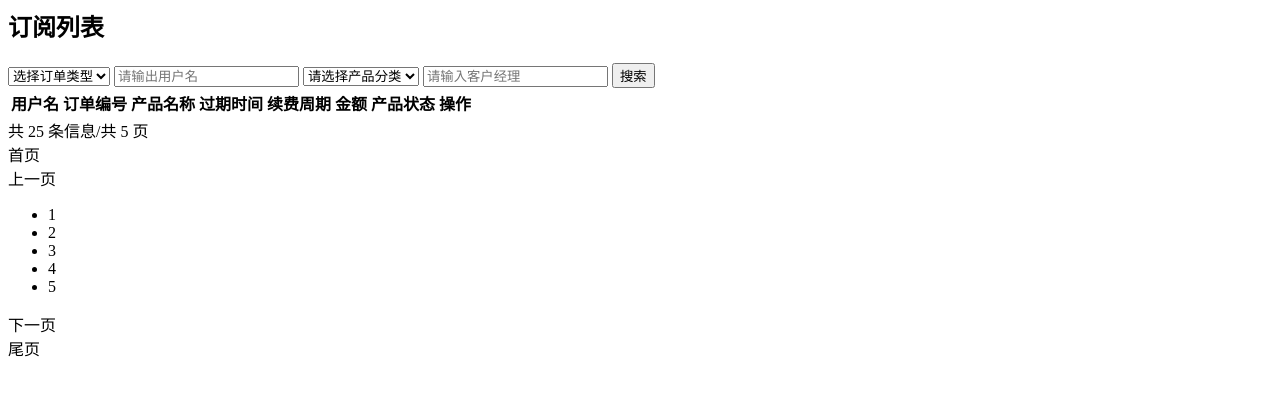
Repository: wangyan466393/racentSystem
Page: subscriptionManagement.html
The author's editor kept a copy of each file at every save. The page is drawn from the files as they stood at one save, then again after a run of saves.
The browser window is 1280 px wide. The pictures show the whole page.

Above is the page before, as saved 2020-08-13 17:09:55.

### subscriptionManagement.html
<div id="content_box">
    <h2>订阅列表</h2>
<div id="content">
    <div id="order_all"  class="order_content">
        <div class="order_search">
            <span>
                <select name="" id="">
                    <option value="">选择订单类型</option>
                </select>
            </span>
            <span>
                <input type="text" placeholder="请输出用户名">
            </span>
            <span>
                <select name="" id="">
                    <option value="">请选择产品分类</option>
                </select>
            </span>
            <span>
                <input type="text" placeholder="请输入客户经理">
            </span>
            <span>
                <button type="button">搜索</button>
            </span>
        </div>
        <div class="table_box">
            <table id="subscription_dataLists" >
                <thead>
                    <tr>
                        <th>用户名</th>
                        <th>订单编号</th>
                        <th>产品名称</th>
                        <th>过期时间</th>
                        <th>续费周期</th>
                        <th>金额</th>
                        <th>产品状态</th>
                        <th>操作</th>
                    </tr>
                </thead>
                <tbody>

                </tbody>
            </table>
        </div>
        <div class="page">

        </div>
    </div>
</div>
</div>
<script src="js/jquery-1.11.3.js"></script>
<script src="js/page.js"></script>
<script>

    // 分页
    $.pageInit({
        container: '.page', //容器：默认page
        countPage: 5, //一共有多少页
        showPageCount: 5, //显示多少个分页按钮
        nowPage: 1, //当前是第几页
        count: 25, //数据总数
        callBack: function (data) {
            //当前的页码
            console.log("当前的页码为：" + data)
        }
    });

    //获取订阅管理-所有订单
    var jsonSub = [
        { "name": "ljp", "order_num": "20200803xcnjj63cm", "product_name": "Sectigo EV代码签名", "past_date": new Date(), "renewal_cycle": "1年", "order_price": "1229.60" ,"product_status":"申请中"},   //json[0]
        { "name": "ljp1", "order_num": "20200803xcnjj63cm", "product_name": "Sectigo EV代码签名", "past_date": new Date(), "renewal_cycle": "1年", "order_price": "1229.60" ,"product_status":"申请中"},
        { "name": "ljp2", "order_num": "20200803xcnjj63cm", "product_name": "Sectigo EV代码签名", "past_date": new Date(), "renewal_cycle": "1年",  "order_price": "1229.60" ,"product_status":"申请中"},
        { "name": "ljp3", "order_num": "20200803xcnjj63cm", "product_name": "Sectigo EV代码签名", "past_date": new Date(), "renewal_cycle": "1年", "order_price": "1229.60","product_status":"申请中" },
        { "name": "ljp4", "order_num": "20200803xcnjj63cm", "product_name": "Sectigo EV代码签名", "past_date": new Date(), "renewal_cycle": "1年", "order_price": "1229.60" ,"product_status":"申请中"},
    ];
    getSubscriptionData()
    function getSubscriptionData() {
        var tableInfo = ""
        for (var i = 0; i < jsonSub.length; i++) {    //遍历Table的所有Row
            tableInfo += "<tr>"
                //遍历Row中的每一列
                //获取Table中单元格的内容
                + " <td>" + jsonSub[i].name + "</td> "
                + "<td>" + jsonSub[i].order_num + "</td>"
                + "<td>" + jsonSub[i].product_name + "</td>"
                + "<td>2020-08-03 18:35:00</td>"
                + "<td>" + jsonSub[i].renewal_cycle + "</td>"
                + "<td>" + jsonSub[i].order_price + "</td>"
                + "<td>" + jsonSub[i].product_status + "</td>"
                + "<td><a href='#'>查看明细</a></td>  ";

            tableInfo += "</tr>";
        }
        $(".right_content #subscription_dataLists tbody").html(tableInfo)
    }
</script>

### js/page.js
function Page(settings) {
   this.settings = settings;
   this.init();
}
//默认配置
Page.prototype = {
    init: function() {
    this.create();
},
create: function() {
   var _template = `<div class="pages">
    <div class="page_left">
        共 <span class="all_data">${this.settings.count}</span> 条信息/共 <span class="all_pages">${this.settings.countPage}</span> 页
        </div>
         <div class="page_cont">
            <div class="hometrailer page_home">首页</div>
            <div class="updown page_up">上一页</div>
            <div class="page_view">
                <ul class="page_view_ul">
                </ul>
            </div>
            <div class="updown page_down">下一页</div>
            <div class=" hometrailer page_trailer">尾页</div>
        </div>

    </div>`;
    /*<div class="page_footer">
            <input type="text" class="page_input" />
            <span>页</span>
            <span class="page_btn">跳转</span>
        </div>*/
    $(this.settings.container).append(_template);
    this.refreshDom(this.settings);
    this.bindEvent();
    },
bindEvent: function() {
    var _this = this;
        //跳转首页
    $(this.settings.container).on("click", ".page_home", function() {
        var newpages = 1;
        _this.settings.nowPage = newpages;
        _this.settings.callBack(_this.settings.nowPage)
        _this.refreshDom(this.settings);
    });
    //跳转上一页
    $(this.settings.container).on("click", ".page_up", function() {
        var newpages = _this.settings.nowPage;
        newpages--;
        if(newpages < 1) {
            newpages = 1
            _this.settings.nowPage = newpages
        } else {
            _this.settings.nowPage = newpages
        }
    _this.settings.callBack(_this.settings.nowPage)
        _this.refreshDom(this.settings);
    });
    //跳转下一页
    $(this.settings.container).on("click", ".page_down", function() {
        var newpages = _this.settings.nowPage;
        newpages++;
        if(newpages > _this.settings.countPage) {
            newpages = _this.settings.countPage
            _this.settings.nowPage = newpages
        } else {
            _this.settings.nowPage = newpages
        }
        _this.settings.callBack(_this.settings.nowPage)
        _this.refreshDom(this.settings);
    });
    //跳转末页
    $(this.settings.container).on("click", ".page_trailer", function() {
        var newpages = _this.settings.countPage;
        _this.settings.nowPage = newpages;
        _this.settings.callBack(_this.settings.nowPage)
        _this.refreshDom(this.settings);
    });
    //Go跳转
    $(this.settings.container).on("click", ".page_btn", function() {
        var inputText = $(".page_input").val() - 0;
        if(inputText < 1 || inputText > _this.settings.countPage) {
            alert("输入的页面不正确，请重新输入")
        } else {
            _this.settings.nowPage = inputText;
            _this.settings.callBack(_this.settings.nowPage)
            _this.refreshDom(this.settings);
            //                establish(objpage);
            //外部的ajax
        }
        });
    },
    refreshDom: function() {
        var _this = this;
        $(".li").remove();
        var countPage = Math.ceil(this.settings.countPage);
        var showPageCount = Math.ceil(this.settings.showPageCount);
        var nowPage = this.settings.nowPage - 0;
        var count = this.settings.count;
        var bian = Math.ceil((showPageCount - 1) / 2) ;
        $(".all_data").html(count);
        $(".all_pages").html(countPage);
        var html = "";
        if(nowPage - bian <= 0) {
            for(var i = 1; i < showPageCount + 1; i++) {
                var index = i;
                if(nowPage == index) {
                pageHtml = `    <li index="${i}" class="li pageActive">${i}</li>`;
                } else {
                pageHtml = `    <li  index="${i}" class="li">${i}</li>`;
                }
            html += pageHtml;
            }
        } else if(nowPage - bian > 0 && nowPage + bian < countPage) {
            var num = nowPage - bian;
            for(var i = num; i < (num + showPageCount); i++) {
                var index = i;
                if(nowPage == index) {
                    pageHtml = `    <li index="${i}" class="li pageActive">${i}</li>`;
                } else {
                    pageHtml = `    <li  index="${i}" class="li">${i}</li>`;
                }
            html += pageHtml;
            }

        } else if(nowPage + bian >= countPage) {
            var numAll = countPage - showPageCount + 1;
            for(var i = numAll; i < (numAll + showPageCount); i++) {
                var index = i;
                if(nowPage == index) {
                    pageHtml = `    <li index="${i}" class="li pageActive">${i}</li>`;
                } else {
                    pageHtml = `    <li  index="${i}" class="li">${i}</li>`;
                }
            html += pageHtml;
        }
    }

    $(".page_view_ul").append(html)

    $(".li").click(function() {
        _this.settings.nowPage = $(this).attr("index")-0;
        console.log(_this.settings.nowPage);
            _this.settings.callBack(_this.settings.nowPage)
        _this.refreshDom(this.settings);
    })
    }
};
    var pageInit = function(opts) {
        return new Page(opts);
    };

    window.pageInit = $.pageInit = pageInit;

Loaded but not shown: js/jquery-1.11.3.js (library)

After the next 2 saves:
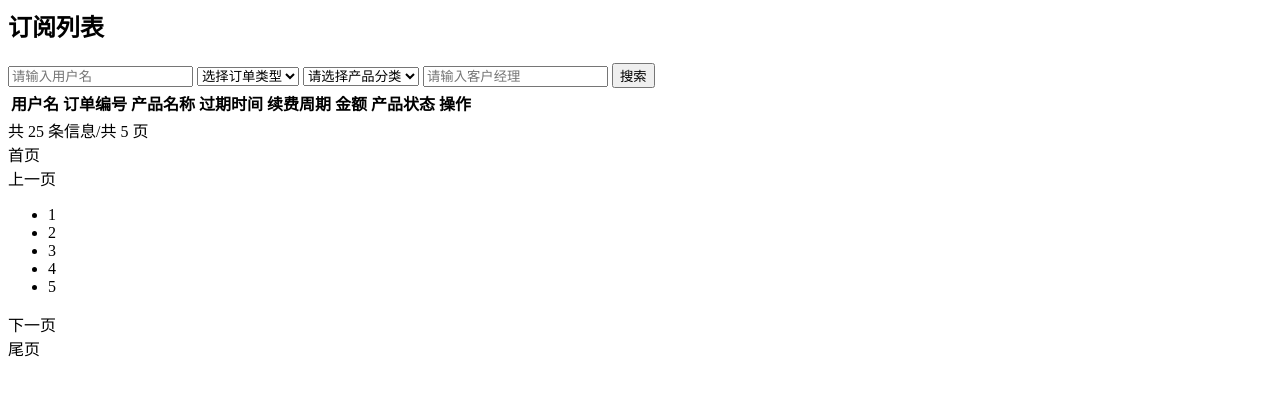
The 2 saves are shown as one change because they came seconds apart.
The last was saved 62 s later.
--- a/subscriptionManagement.html
+++ b/subscriptionManagement.html
@@ -4,12 +4,12 @@
     <div id="order_all"  class="order_content">
         <div class="order_search">
             <span>
+                <input type="text" placeholder="请输入用户名">
+            </span>
+            <span>
                 <select name="" id="">
                     <option value="">选择订单类型</option>
                 </select>
-            </span>
-            <span>
-                <input type="text" placeholder="请输出用户名">
             </span>
             <span>
                 <select name="" id="">
